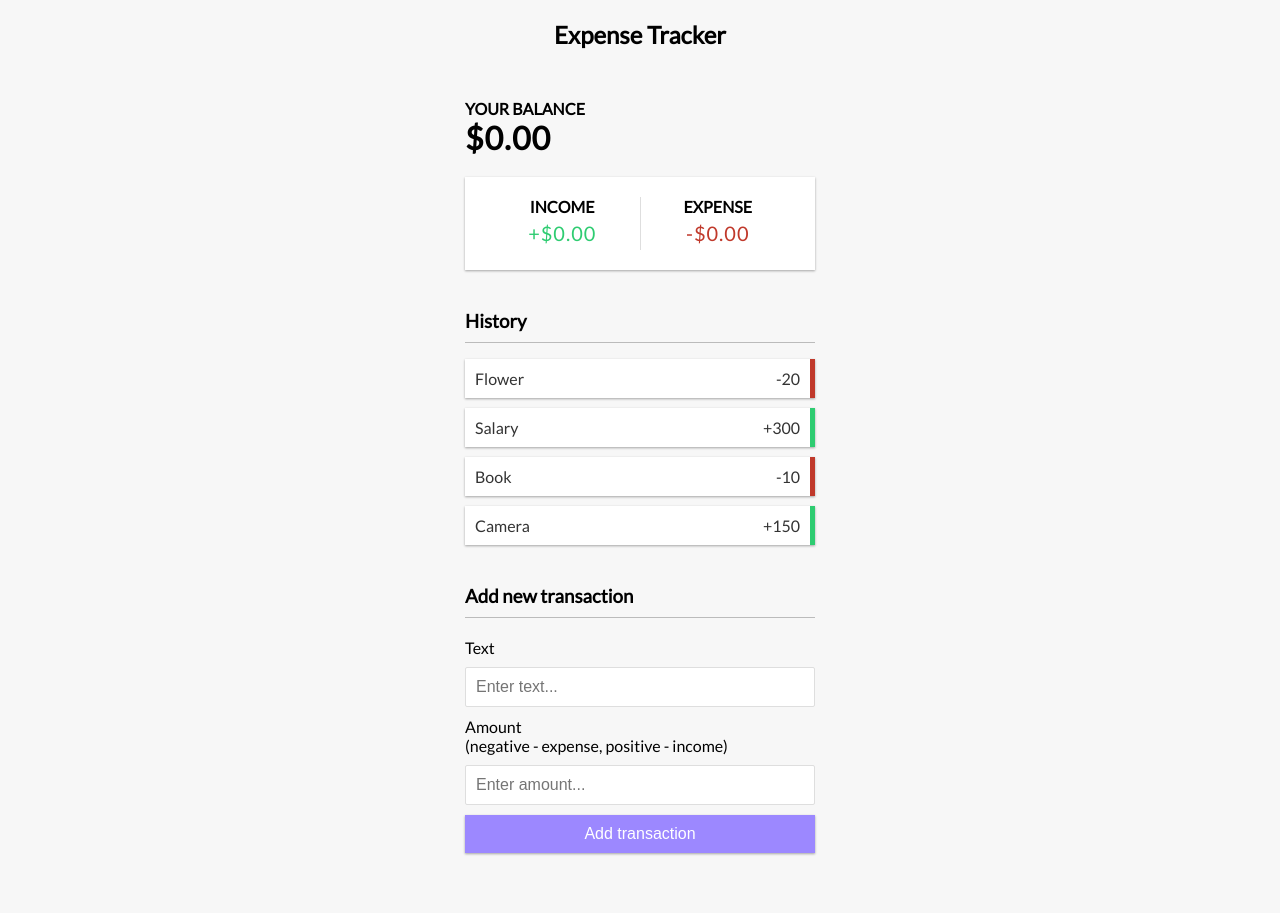
Repository: atko87/Expense-Tracker
Page: index.html
An editor plug-in stored every save of this project. The page is shown before and after the next save, followed by the edit.
The browser window is 1280 px wide. The pictures show the whole page.

Above is the page before, as saved 2020-04-22 17:39:35.

After the next save:
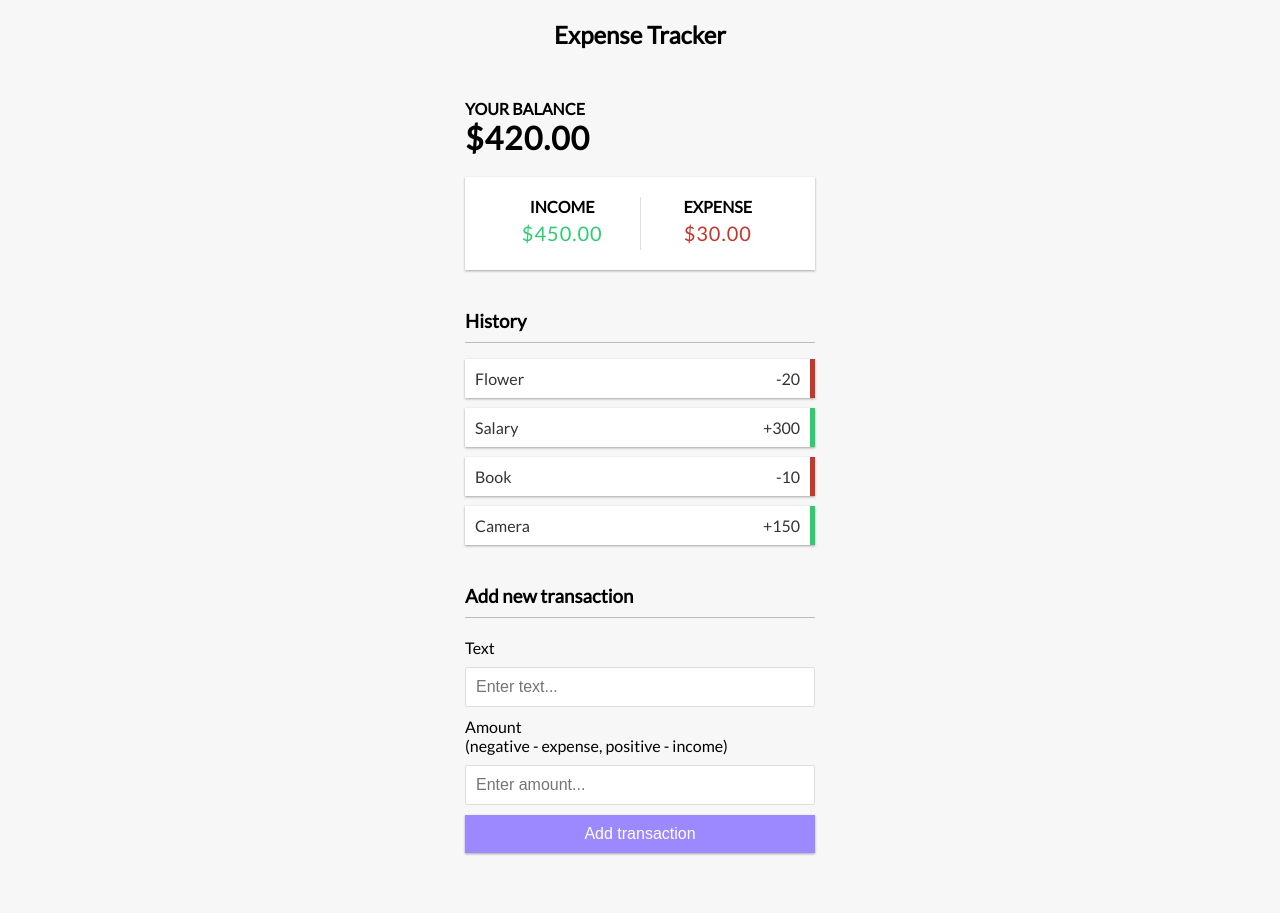
Saved 86 s later.
--- a/app.js
+++ b/app.js
@@ -48,7 +48,9 @@ function updateValues() {
     -1
   ).toFixed(2);
 
-  console.log(expense);
+  balance.innerText = `$${total}`;
+  money_plus.innerText = `$${income}`;
+  money_minus.innerText = `$${expense}`;
 }
 //Init app
 function init() {
